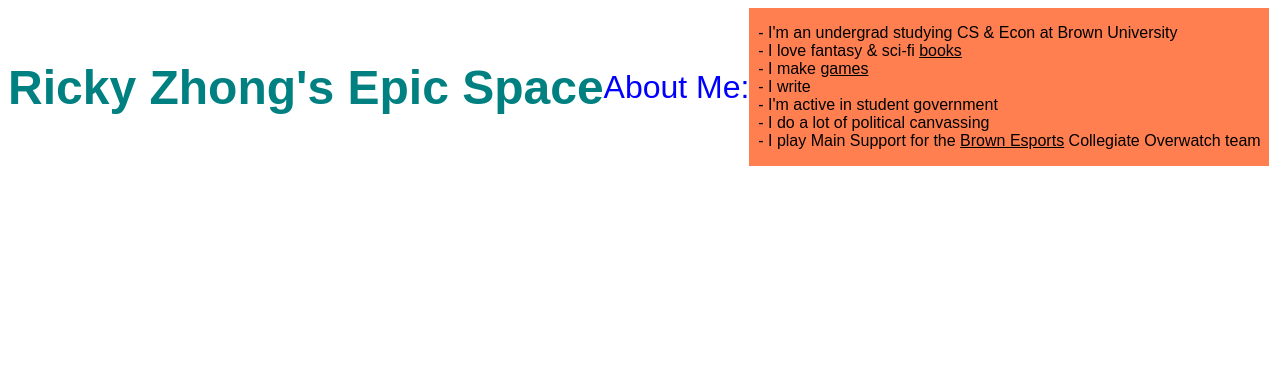
Repository: rickydaricky/rickydaricky.github.io
Page: index.html
An editor plug-in stored every save of this project. The page is shown before and after a run of saves, followed by the edit.
The browser window is 1280 px wide. The pictures show the whole page.

Above is the page before, as saved 2023-03-31 11:01:28.

After the next 2 saves:
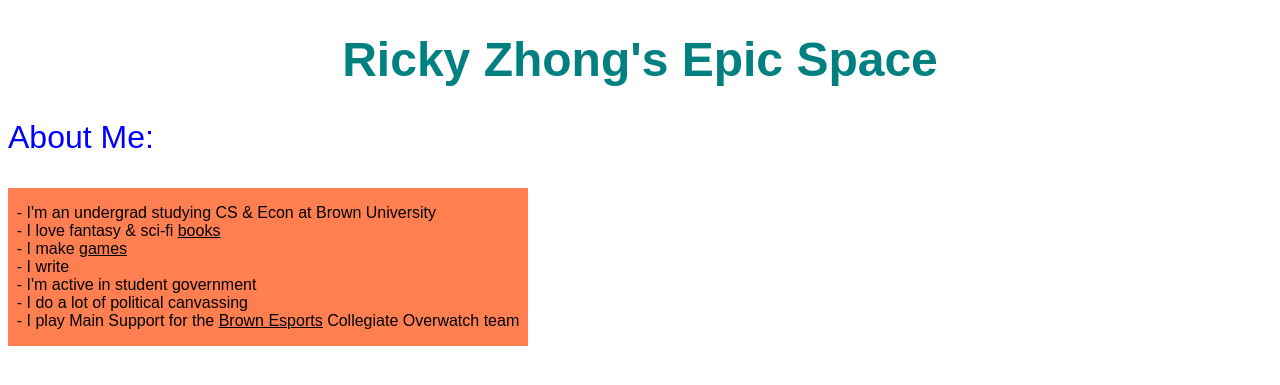
The 2 saves are shown as one change because they came seconds apart.
The last was saved 8 s later.
--- a/main.css
+++ b/main.css
@@ -20,11 +20,6 @@ html * {
   color: teal;
 }
 
-body {
-  display: flex;
-  align-items: center;
-}
-
 .square {
   display: flex;
   justify-content: center;
